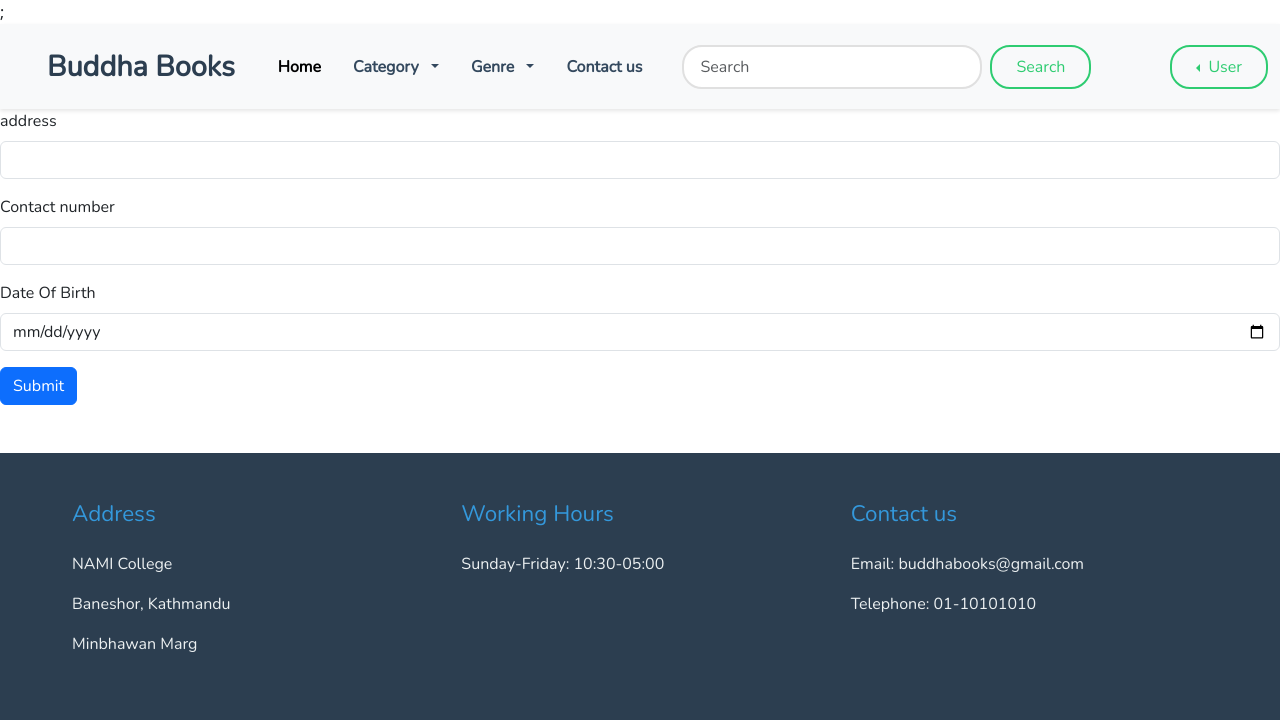
Repository: Shuprawal/Library-Management-System
Page: resources/views/addProfile.blade.php
The author's editor kept a copy of each file at every save. The page is drawn from the files as they stood at one save, then again after a run of saves.
The browser window is 1280 px wide. The pictures show the whole page.
Some web libraries are served in a nearby version. The page is served by the project's Laravel application, run on PHP 8.4 with Laravel 12. The database holds what the project's SQL file puts in it. The template is opened directly, without the code that normally fills it, so the values that code supplies are empty.

Above is the page before, as saved 2024-12-29 12:43:23.

After the next 2 saves:
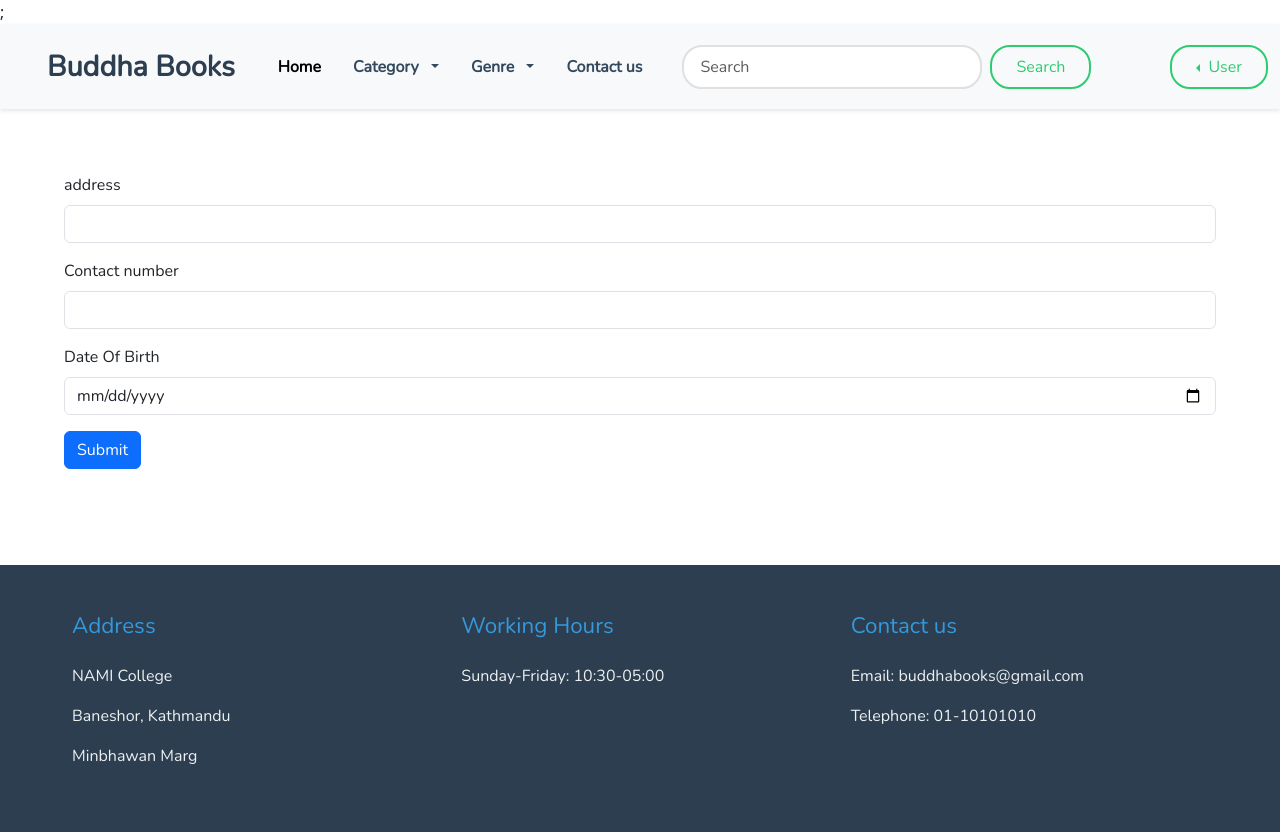
The 2 saves are shown as one change because they came seconds apart.
The last was saved 8 s later.
--- a/resources/views/addProfile.blade.php
+++ b/resources/views/addProfile.blade.php
@@ -1,6 +1,6 @@
 @extends('layouts.try');
 @section('hom-body')
-<form action="{{route('profilecreate')}}" method="Post" class="m-">
+<form action="{{route('profilecreate')}}" method="Post" class="m-3 p-5">
 @csrf
 
 
